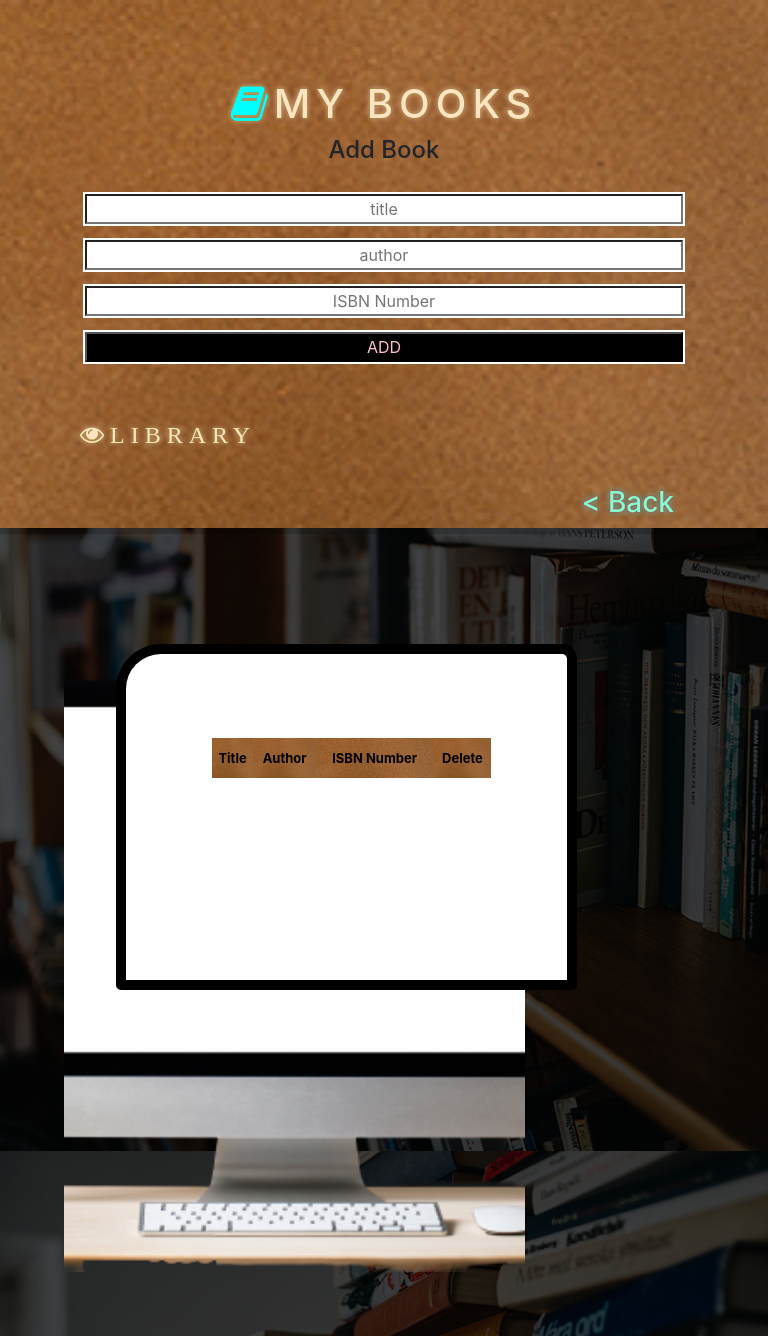
Repository: CSituma/Home-Library-App
Page: libu.html
An editor plug-in stored every save of this project. The page is shown before and after the next save, followed by the edit.
The browser window is 768 px wide. The pictures show the whole page.
Backgrounds fixed to the window are drawn as part of the page. Some web libraries are served in a nearby version.

Above is the page before, as saved 2020-11-10 21:59:38.

After the next save:
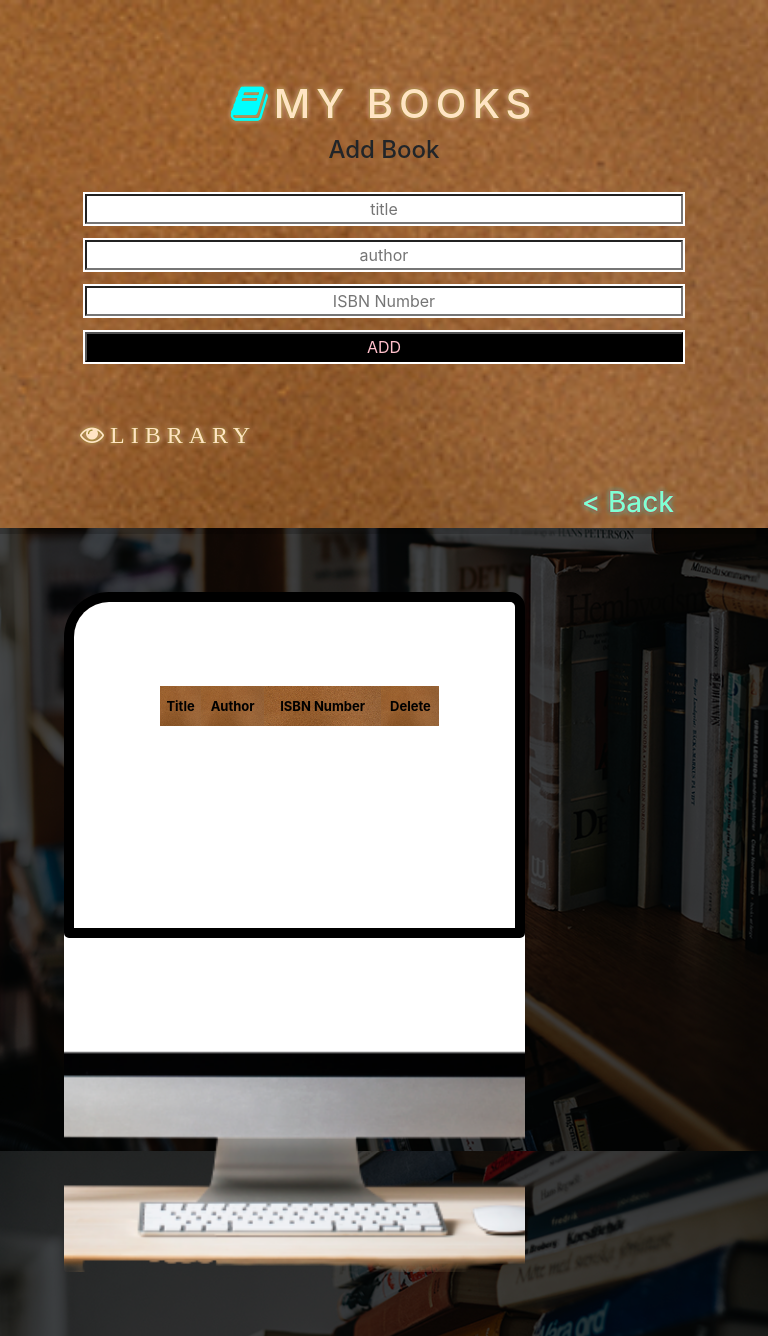
Saved 15 s later.
--- a/style.css
+++ b/style.css
@@ -228,7 +228,7 @@ text-shadow: 0 0 3px olive, 0 0 5px pink;
         margin: 4em;
    }
   .storage_items{
-    margin:4em;
+    margin-right:4em;
     font-size: 13px;
    border: 10px solid black;
    border-radius: 45px;
